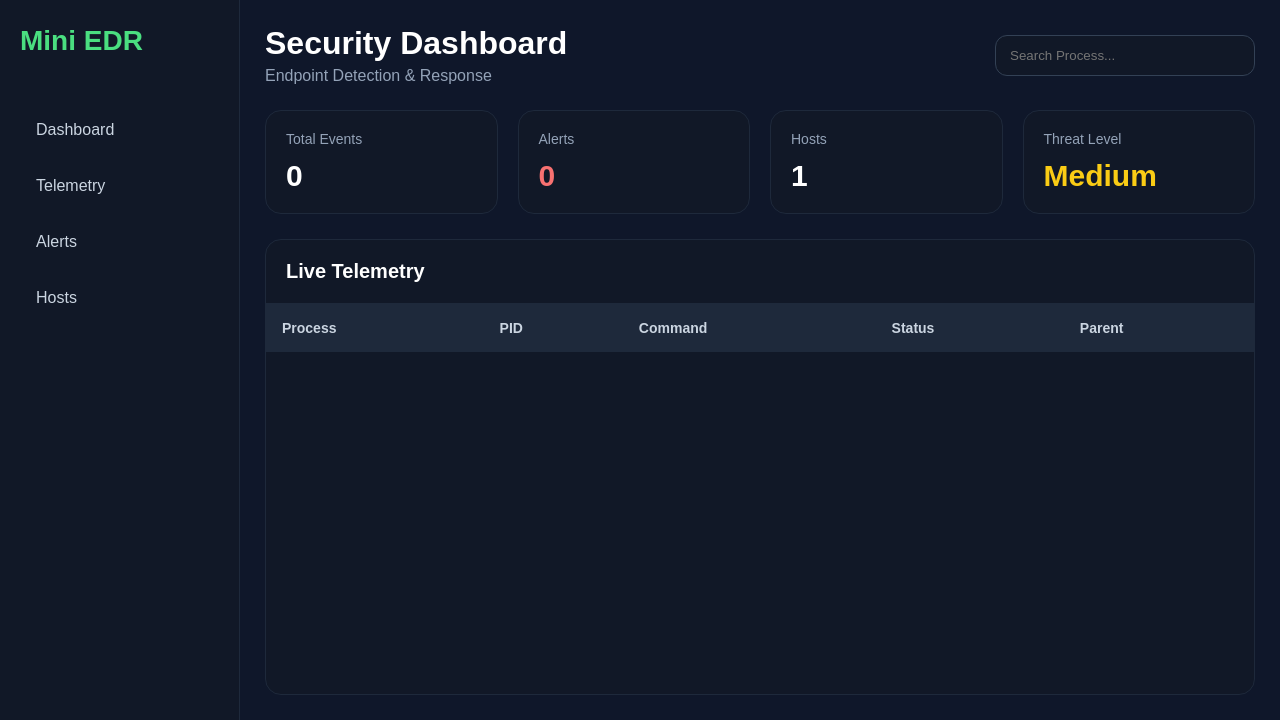
Repository: Mohitkumar1322/ShadowOne-EDR
Page: / (app in mini-edr/dashboard/)
An editor plug-in stored every save of this project. The page is shown before and after the next save, followed by the edit.
The browser window is 1280 px wide. The pictures show the whole page.
The page's requests for data from a server got no answer. The project was rebuilt for these pictures with package versions that can differ from the ones it lists, and the page was loaded fresh each time. No one was signed in, and anything a server would have sent is missing.

Above is the page before, as saved 2026-05-27 11:51:09.

### mini-edr/dashboard/src/App.js
import { useEffect, useState } from "react";
import axios from "axios";

import "./styles.css";

function App() {

  const [events, setEvents] = useState([]);
  const [search, setSearch] = useState("");

  useEffect(() => {

    fetchTelemetry();

    const interval = setInterval(() => {
      fetchTelemetry();
    }, 5000);

    return () => clearInterval(interval);

  }, []);

  const fetchTelemetry = async () => {

    try {

      const response = await axios.get(
        "http://127.0.0.1:8000/telemetry"
      );

      setEvents(response.data);

    } catch (error) {

      console.log(error);

    }
  };

  const filteredEvents = events.filter((event) =>
    event.process_name
      ?.toLowerCase()
      .includes(search.toLowerCase())
  );

  const alertCount = events.filter(
    (event) => event.alert
  ).length;

  return (

    <div className="app">

      {/* SIDEBAR */}

      <div className="sidebar">

        <div className="logo">
          Mini EDR
        </div>

        <div className="sidebar-menu">

          <div className="sidebar-item">
            Dashboard
          </div>

          <div className="sidebar-item">
            Telemetry
          </div>

          <div className="sidebar-item">
            Alerts
          </div>

          <div className="sidebar-item">
            Hosts
          </div>

        </div>

      </div>

      {/* MAIN */}

      <div className="main">

        {/* TOPBAR */}

        <div className="topbar">

          <div className="dashboard-title">

            <h1>
              Security Dashboard
            </h1>

            <p>
              Endpoint Detection & Response
            </p>

          </div>

          <input
            type="text"
            placeholder="Search Process..."
            className="search-box"
            value={search}
            onChange={(e) => setSearch(e.target.value)}
          />

        </div>

        {/* STATS */}

        <div className="stats-grid">

          <div className="stat-card">

            <div className="stat-title">
              Total Events
            </div>

            <div className="stat-value">
              {events.length}
            </div>

          </div>

          <div className="stat-card">

            <div className="stat-title">
              Alerts
            </div>

            <div
              className="stat-value"
              style={{ color: "#f87171" }}
            >
              {alertCount}
            </div>

          </div>

          <div className="stat-card">

            <div className="stat-title">
              Hosts
            </div>

            <div className="stat-value">
              1
            </div>

          </div>

          <div className="stat-card">

            <div className="stat-title">
              Threat Level
            </div>

            <div
              className="stat-value"
              style={{ color: "#facc15" }}
            >
              Medium
            </div>

          </div>

        </div>

        {/* TABLE */}

        <div className="table-container">

          <div className="table-header">
            Live Telemetry
          </div>

          <div className="table-scroll">

            <table>

              <thead>

                <tr>

                  <th>Process</th>
                  <th>PID</th>
                  <th>Command</th>
                  <th>Status</th>
                  <th>Parent</th>

                </tr>

              </thead>

              <tbody>

                {filteredEvents
                  .slice()
                  .reverse()
                  .map((event, index) => (

                  <tr key={index}>

                    <td>
                      {event.process_name}
                    </td>

                    <td>
                      {event.pid}
                    </td>

                    <td className="command">
                      {event.cmdline}
                    </td>

                    <td>


                      {event.alert ? (

                        <span className="alert">
                          ALERT
                        </span>

                      ) : (

                        <span className="safe">
                          SAFE
                        </span>

                      )}

                    </td>
                    <td>{event.parent_process}</td>

                  </tr>

                ))}

              </tbody>

            </table>

          </div>

        </div>

      </div>

    </div>
  );
}

export default App;

### mini-edr/dashboard/src/styles.css
* {
  margin: 0;
  padding: 0;
  box-sizing: border-box;
}

body {
  background-color: #0f172a;
  color: white;
  font-family: Arial, sans-serif;
  overflow: hidden;
}

.app {
  display: flex;
  height: 100vh;
  width: 100vw;
}

/* SIDEBAR */

.sidebar {
  width: 240px;
  background-color: #111827;
  border-right: 1px solid #1e293b;
  padding: 25px 20px;
  display: flex;
  flex-direction: column;
  justify-content: flex-start;
}

.logo {
  font-size: 28px;
  font-weight: bold;
  color: #4ade80;
  margin-bottom: 50px;
}

.sidebar-menu {
  display: flex;
  flex-direction: column;
  gap: 10px;
}

.sidebar-item {
  padding: 14px 16px;
  border-radius: 10px;
  cursor: pointer;
  color: #cbd5e1;
  transition: 0.3s;
}

.sidebar-item:hover {
  background-color: #1e293b;
  color: #4ade80;
}

/* MAIN */

.main {
  flex: 1;
  padding: 25px;
  display: flex;
  flex-direction: column;
  overflow: hidden;
}

/* TOPBAR */

.topbar {
  display: flex;
  justify-content: space-between;
  align-items: center;
  margin-bottom: 25px;
}

.dashboard-title h1 {
  font-size: 32px;
  margin-bottom: 5px;
}

.dashboard-title p {
  color: #94a3b8;
}

.search-box {
  padding: 12px 14px;
  width: 260px;
  background-color: #111827;
  border: 1px solid #334155;
  border-radius: 12px;
  color: white;
  outline: none;
}

/* STATS */

.stats-grid {
  display: grid;
  grid-template-columns: repeat(4, 1fr);
  gap: 20px;
  margin-bottom: 25px;
}

.stat-card {
  background-color: #111827;
  border: 1px solid #1e293b;
  padding: 20px;
  border-radius: 16px;
}

.stat-title {
  color: #94a3b8;
  margin-bottom: 12px;
  font-size: 14px;
}

.stat-value {
  font-size: 30px;
  font-weight: bold;
}

/* TABLE SECTION */

.table-container {
  background-color: #111827;
  border: 1px solid #1e293b;
  border-radius: 16px;
  display: flex;
  flex-direction: column;
  flex: 1;
  overflow: hidden;
}

.table-header {
  padding: 20px;
  border-bottom: 1px solid #1e293b;
  font-size: 20px;
  font-weight: bold;
}

/* ONLY TABLE SCROLLS */

.table-scroll {
  overflow-y: auto;
  flex: 1;
}

/* CUSTOM SCROLLBAR */

.table-scroll::-webkit-scrollbar {
  width: 8px;
}

.table-scroll::-webkit-scrollbar-track {
  background: #111827;
}

.table-scroll::-webkit-scrollbar-thumb {
  background: #334155;
  border-radius: 20px;
}

/* TABLE */

table {
  width: 100%;
  border-collapse: collapse;
}

thead {
  background-color: #1e293b;
  position: sticky;
  top: 0;
}

th {
  text-align: left;
  padding: 16px;
  color: #cbd5e1;
  font-size: 14px;
}

td {
  padding: 16px;
  border-bottom: 1px solid #1e293b;
  font-size: 14px;
}

tr:hover {
  background-color: #1e293b;
}

.command {
  color: #94a3b8;
  max-width: 500px;
  overflow: hidden;
  text-overflow: ellipsis;
  white-space: nowrap;
}

/* STATUS */

.safe {
  background-color: rgba(34, 197, 94, 0.2);
  color: #4ade80;
  padding: 6px 14px;
  border-radius: 20px;
  font-size: 13px;
}

.alert {
  background-color: rgba(239, 68, 68, 0.2);
  color: #f87171;
  padding: 6px 14px;
  border-radius: 20px;
  font-size: 13px;
}

/* RESPONSIVE */

@media (max-width: 1100px) {

  .stats-grid {
    grid-template-columns: repeat(2, 1fr);
  }

}

@media (max-width: 768px) {

  .sidebar {
    display: none;
  }

  .stats-grid {
    grid-template-columns: 1fr;
  }

  .topbar {
    flex-direction: column;
    align-items: flex-start;
    gap: 15px;
  }

  .search-box {
    width: 100%;
  }

}

Loaded but not shown: mini-edr/dashboard/public/index.html (common file); mini-edr/dashboard/src/index.js (common file); mini-edr/dashboard/src/index.css (common file); mini-edr/dashboard/src/reportWebVitals.js (common file)

After the next save:
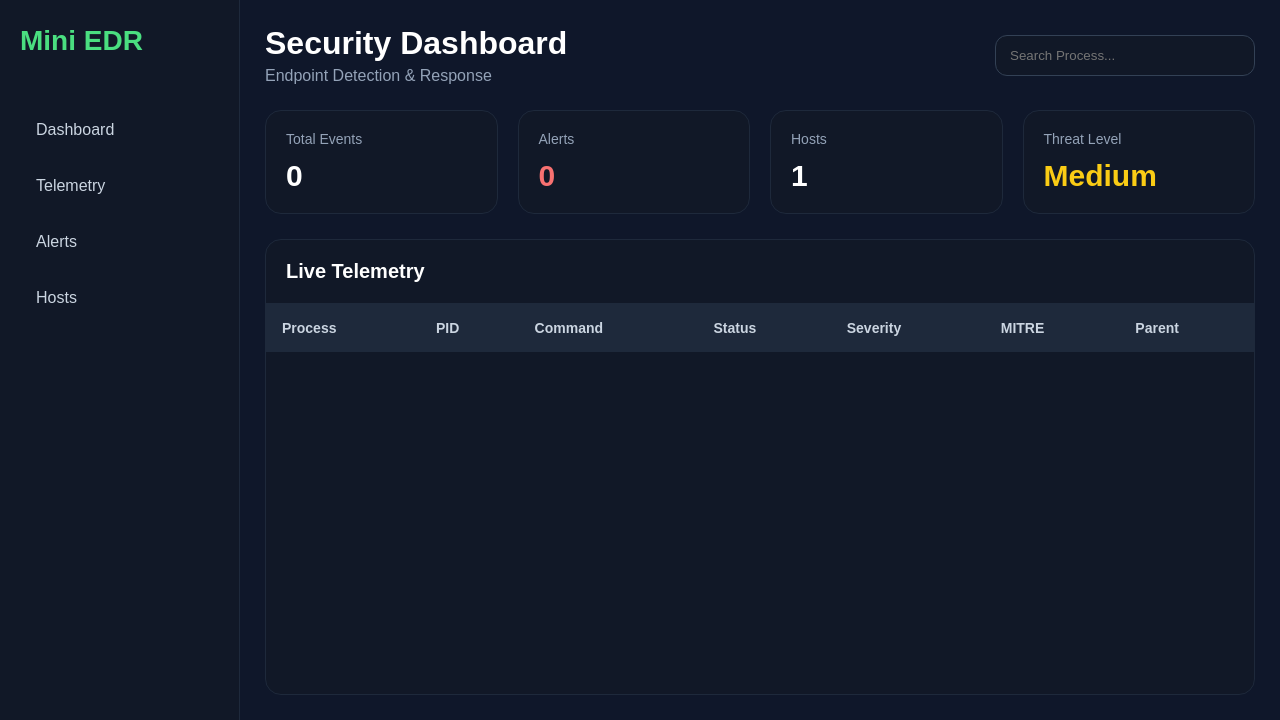
Saved 5 min 26 s later.
--- a/mini-edr/dashboard/src/App.js
+++ b/mini-edr/dashboard/src/App.js
@@ -191,6 +191,8 @@ function App() {
                   <th>PID</th>
                   <th>Command</th>
                   <th>Status</th>
+                  <th>Severity</th>
+<th>MITRE</th>
                   <th>Parent</th>
 
                 </tr>
